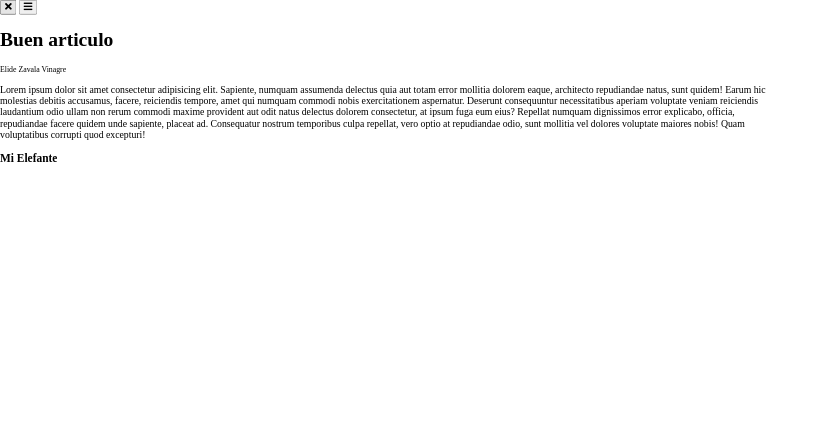
Repository: ElideZavala/Navagacion-en-rotacion
Page: index.html
An editor plug-in stored every save of this project. The page is shown before and after the next save, followed by the edit.
The browser window is 1280 px wide. The page is 1280 px wide, then 1366 px, so the pictures cover 1366 px, including what lies to the right of the window. The pictures show the whole page, at 61% of full size.

Above is the page before, as saved 2021-05-29 07:51:14.

### index.html
<!DOCTYPE html>
<html lang="en">
<head>
	<meta charset="UTF-8">
	<meta http-equiv="X-UA-Compatible" content="IE=edge">
	<meta name="viewport" content="width=device-width, initial-scale=1.0">
	<link rel="stylesheet" href="https://cdnjs.cloudflare.com/ajax/libs/font-awesome/5.15.3/css/all.min.css" integrity="sha512-iBBXm8fW90+nuLcSKlbmrPcLa0OT92xO1BIsZ+ywDWZCvqsWgccV3gFoRBv0z+8dLJgyAHIhR35VZc2oM/gI1w==" crossorigin="anonymous" referrerpolicy="no-referrer" />
	<link rel="stylesheet" href="style.css">
	<link rel="stylesheet" href="normalize.css">
	<title>Navegación Giratoria</title>
</head>
<body>
	<div class="container">
		<div class="circle-container">
			<div class="circle">
				<button id="close">
					<i class="fas fa-times"></i>
				</button>
				<button id="open">
					<i class="fas fa-bars"></i>
				</button>
			</div>
		</div>

		<div class="content">
			<h1>Buen articulo</h1>
			<small>Elide Zavala Vinagre</small>
			<p>Lorem ipsum dolor sit amet consectetur adipisicing elit. Sapiente, numquam assumenda delectus quia aut totam error mollitia dolorem eaque, architecto repudiandae natus, sunt quidem! Earum hic molestias debitis accusamus, facere, reiciendis tempore, amet qui numquam commodi nobis exercitationem aspernatur. Deserunt consequuntur necessitatibus aperiam voluptate veniam reiciendis laudantium odio ullam non rerum commodi maxime provident aut odit natus delectus dolorem consectetur, at ipsum fuga eum eius? Repellat numquam dignissimos error explicabo, officia, repudiandae facere quidem unde sapiente, placeat ad. Consequatur nostrum temporibus culpa repellat, vero optio at repudiandae odio, sunt mollitia vel dolores voluptate maiores nobis! Quam voluptatibus corrupti quod excepturi!</p>

			<h3>Mi Elefante</h3>
			<img src="" alt="" srcset="">
		</div>
	</div>



	<script src="./script.js"></script>
</body>
</html>

Loaded but not shown: normalize.css (library); style.css (no copy from this time; the picture is the same without it); script.js (no stored copy; drawn as an empty file)

After the next save:
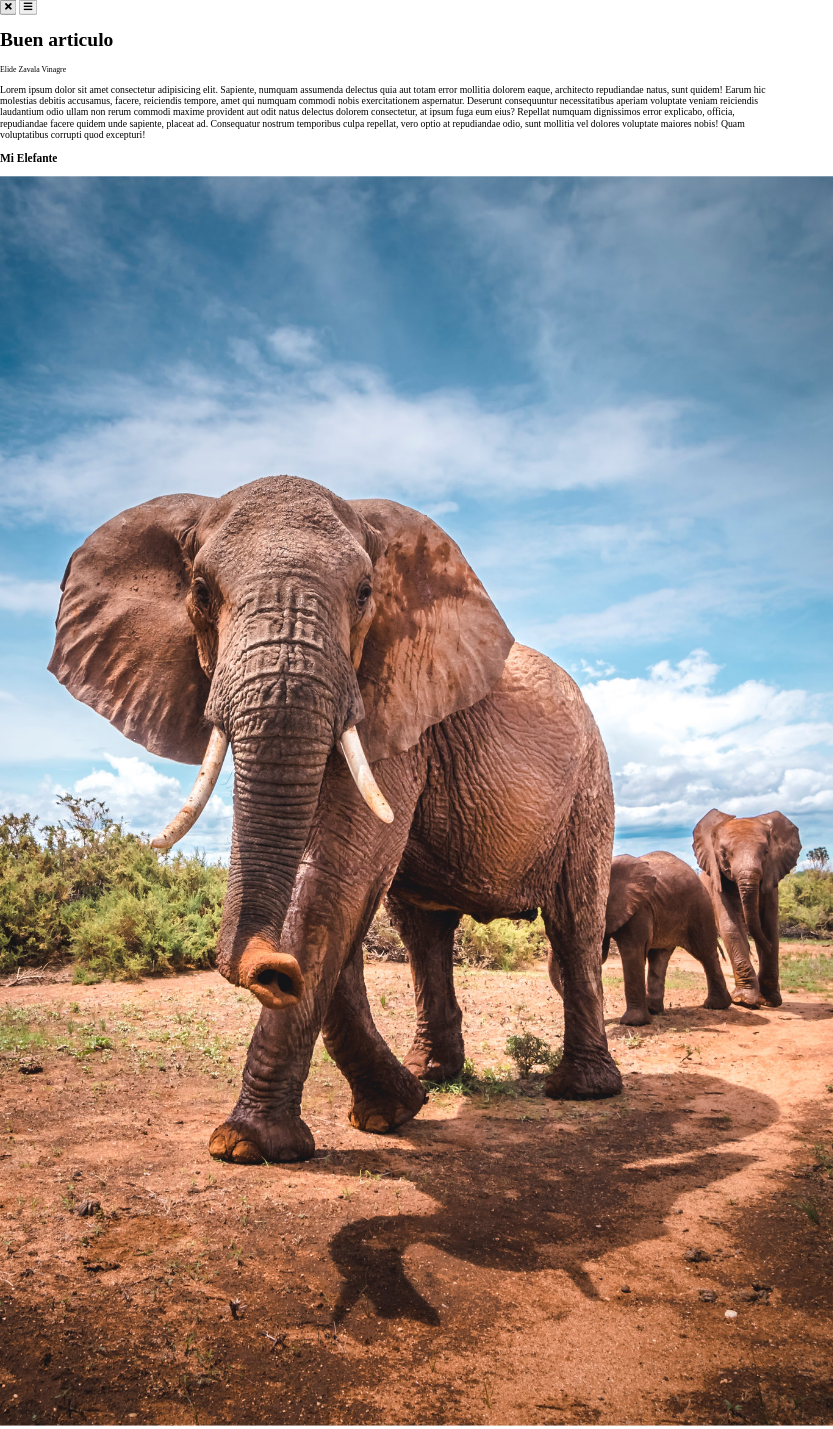
Saved 3 min 52 s later.
--- a/index.html
+++ b/index.html
@@ -28,7 +28,7 @@
 			<p>Lorem ipsum dolor sit amet consectetur adipisicing elit. Sapiente, numquam assumenda delectus quia aut totam error mollitia dolorem eaque, architecto repudiandae natus, sunt quidem! Earum hic molestias debitis accusamus, facere, reiciendis tempore, amet qui numquam commodi nobis exercitationem aspernatur. Deserunt consequuntur necessitatibus aperiam voluptate veniam reiciendis laudantium odio ullam non rerum commodi maxime provident aut odit natus delectus dolorem consectetur, at ipsum fuga eum eius? Repellat numquam dignissimos error explicabo, officia, repudiandae facere quidem unde sapiente, placeat ad. Consequatur nostrum temporibus culpa repellat, vero optio at repudiandae odio, sunt mollitia vel dolores voluptate maiores nobis! Quam voluptatibus corrupti quod excepturi!</p>
 
 			<h3>Mi Elefante</h3>
-			<img src="" alt="" srcset="">
+			<img src="./Elefante.jpg" alt="" srcset="">
 		</div>
 	</div>
 
